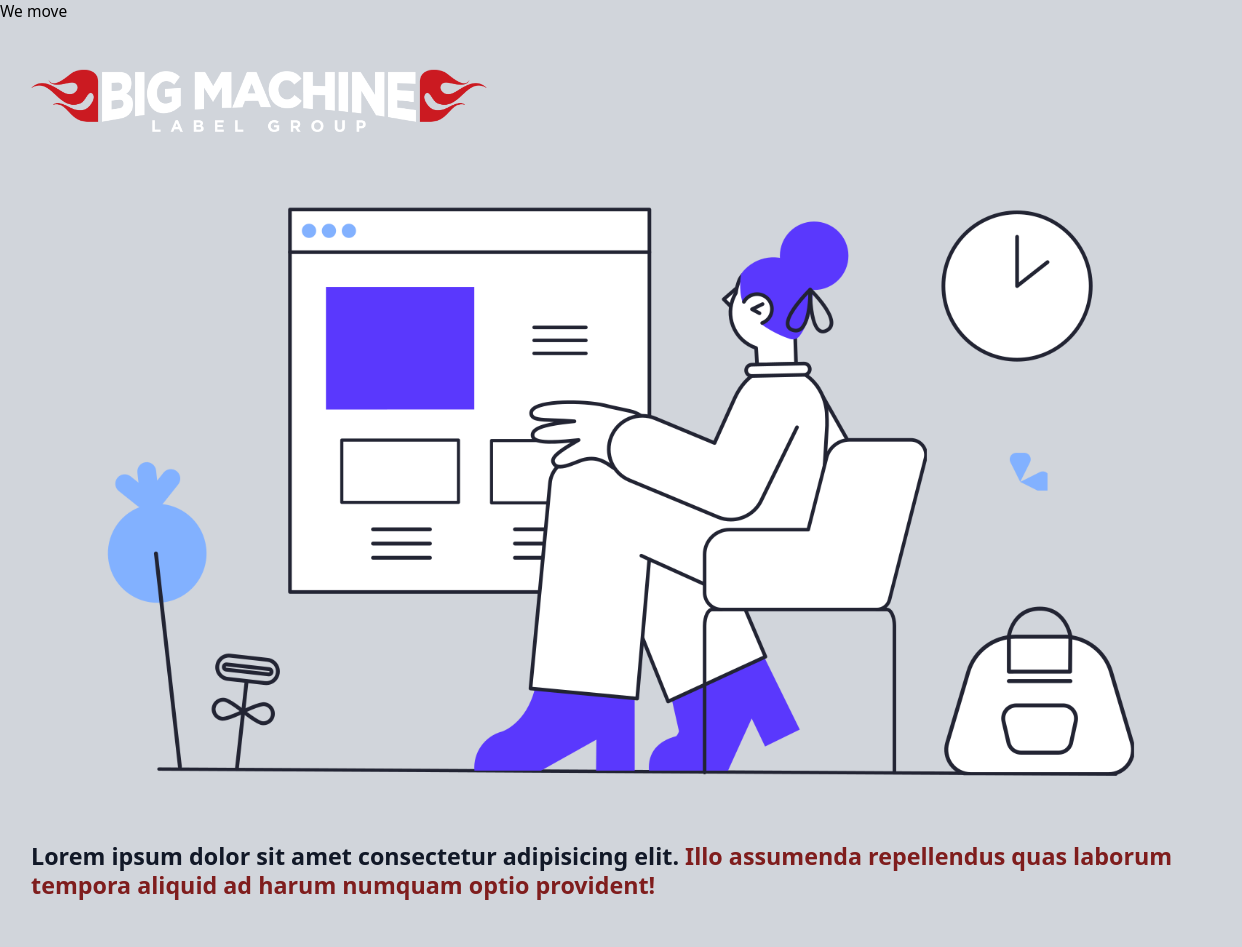
Repository: thasquirrie/fanmanagement
Page: / (app in frontend/)
These files come from the project's save history. The page is drawn as it stood at one moment and after the next save; the edit follows.
The browser window is 1280 px wide. The pictures show the whole page, at 97% of full size.
The project was rebuilt for these pictures with package versions that can differ from the ones it lists, and the page was loaded fresh each time. A package was used in the major version that the imports need, not the one package.json lists. Also part of the build but not shown: frontend/craco.config.js, frontend/src/App.css.

Above is the page before, as saved 2021-05-25 14:20:22.

### frontend/public/index.html
<!DOCTYPE html>
<html lang="en">

<head>
  <meta charset="utf-8" />
  <link rel="icon" href="%PUBLIC_URL%/favicon.ico" />
  <meta name="viewport" content="width=device-width, initial-scale=1" />
  <meta name="theme-color" content="#000000" />
  <meta name="description" content="Web site created using create-react-app" />
  <link rel="apple-touch-icon" href="%PUBLIC_URL%/logo192.png" />
  <!--
      manifest.json provides metadata used when your web app is installed on a
      user's mobile device or desktop. See https://developers.google.com/web/fundamentals/web-app-manifest/
    -->
  <link rel="manifest" href="%PUBLIC_URL%/manifest.json" />
  <!--
      Notice the use of %PUBLIC_URL% in the tags above.
      It will be replaced with the URL of the `public` folder during the build.
      Only files inside the `public` folder can be referenced from the HTML.

      Unlike "/favicon.ico" or "favicon.ico", "%PUBLIC_URL%/favicon.ico" will
      work correctly both with client-side routing and a non-root public URL.
      Learn how to configure a non-root public URL by running `npm run build`.
    -->
  <title>React App</title>
</head>

<body class='bg-gray-300'>
  <noscript>You need to enable JavaScript to run this app.</noscript>
  <div id="root">

  </div>
  <!--
      This HTML file is a template.
      If you open it directly in the browser, you will see an empty page.

      You can add webfonts, meta tags, or analytics to this file.
      The build step will place the bundled scripts into the <body> tag.

      To begin the development, run `npm start` or `yarn start`.
      To create a production bundle, use `npm run build` or `yarn build`.
    -->
</body>

</html>

### frontend/src/index.css
body {
 margin: 0;
 font-family: -apple-system, BlinkMacSystemFont, 'Segoe UI', 'Roboto', 'Oxygen',
  'Ubuntu', 'Cantarell', 'Fira Sans', 'Droid Sans', 'Helvetica Neue', sans-serif;
 -webkit-font-smoothing: antialiased;
 -moz-osx-font-smoothing: grayscale;
}

code {
 font-family: source-code-pro, Menlo, Monaco, Consolas, 'Courier New', monospace;
}

@tailwind base;
@tailwind components;
@tailwind utilities;

### frontend/src/App.js
import { Route, BrowserRouter, Switch } from 'react-router-dom';
import Header from './components/Header';
import HomeScreen from './screens/HomeScreen';
// import logo from './logo.svg';
import './App.css';

function App() {
 return (
  <BrowserRouter>
   <Header />
   <main className='container'>
    <Switch>
     <Route path='/' component={HomeScreen} />
    </Switch>
   </main>
  </BrowserRouter>
 );
}

export default App;

### frontend/src/components/Header.jsx
import React from 'react';
import { NavLink } from 'react-router-dom';

const Header = () => {
 let collapse = document.querySelector('#navbar-collapse');

 const handleClick = (e) => {
  console.log(collapse);
  collapse.classList.toggle('hidden');
  collapse.classList.toggle('flex');
 };

 return (
  <div>We move</div>
  // <nav className='bg-white py-2 md:py-4'>
  //  <div className='container px-4 mx-auto md:flex md:items-center'>
  //   <div className='flex justify-between items-center'>
  //    <NavLink to='/' className='font-bold text-xl text-indigo-600'>
  //     FWR
  //    </NavLink>
  //    <button
  //     className='border border-solid border-gray-600 px-3 py-1 rounded text-gray-600 opacity-50 hover:opacity-75 md:hidden'
  //     id='navbar-toggle'
  //     onClick={handleClick}
  //    >
  //     <i className='fas fa-bars'></i>
  //    </button>
  //   </div>

  //   <div
  //    className='md:flex flex-col md:flex-row md:ml-auto mt-3 md:mt-0  hidden'
  //    id='navbar-collapse'
  //   >
  //    <NavLink
  //     to='/'
  //     className='p-2 lg:px-4 md:mx-2 text-white rounded active:bg-indigo-600'
  //    >
  //     Home
  //    </NavLink>
  //    <NavLink
  //     to='#'
  //     className='p-2 lg:px-4 md:mx-2 text-gray-600 rounded hover:bg-gray-200 hover:text-gray-700 transition-colors duration-300 active:bg-indigo-600'
  //    >
  //     About
  //    </NavLink>
  //    <NavLink
  //     to='#'
  //     className='p-2 lg:px-4 md:mx-2 text-gray-600 rounded hover:bg-gray-200 hover:text-gray-700 transition-colors duration-300'
  //    >
  //     Features
  //    </NavLink>
  //    <NavLink
  //     to='#'
  //     className='p-2 lg:px-4 md:mx-2 text-gray-600 rounded hover:bg-gray-200 hover:text-gray-700 transition-colors duration-300'
  //    >
  //     Pricing
  //    </NavLink>
  //    <NavLink
  //     to='#'
  //     className='p-2 lg:px-4 md:mx-2 text-gray-600 rounded hover:bg-gray-200 hover:text-gray-700 transition-colors duration-300'
  //    >
  //     Contact
  //    </NavLink>
  //    <NavLink
  //     to='#'
  //     className='p-2 lg:px-4 md:mx-2 text-indigo-600 text-center border border-transparent rounded hover:bg-indigo-100 hover:text-indigo-700 transition-colors duration-300'
  //    >
  //     Login
  //    </NavLink>
  //    <NavLink
  //     to='#'
  //     className='p-2 lg:px-4 md:mx-2 text-indigo-600 text-center border border-solid border-indigo-600 rounded hover:bg-indigo-600 hover:text-white transition-colors duration-300 mt-1 md:mt-0 md:ml-1'
  //    >
  //     Signup
  //    </NavLink>
  //   </div>
  //  </div>
  // </nav>
 );
};

export default Header;

### frontend/src/screens/HomeScreen.jsx
import React from 'react';

const HomeScreen = () => {
 return (
  <>
   <div className='px-8 py-12'>
    <img className='lg:h-16' src='/img/pngegg.png' alt='Big Machine' />
    <img
     className='mt-6 rounded-lg'
     src='/img/pablita-522.png'
     alt='Woman organizing shadow-xl'
    />
    <h1 className='mt-6 text-2xl font-bold text-gray-900 leading-tight'>
     Lorem ipsum dolor sit amet consectetur adipisicing elit.{' '}
     <span className='text-red-900'>
      Illo assumenda repellendus quas laborum tempora aliquid ad harum numquam
      optio provident!
     </span>
    </h1>
   </div>
  </>
 );
};

export default HomeScreen;

Loaded but not shown: frontend/src/index.js (common file); frontend/src/reportWebVitals.js (common file); frontend/tailwind.config.js (common file)

After the next save:
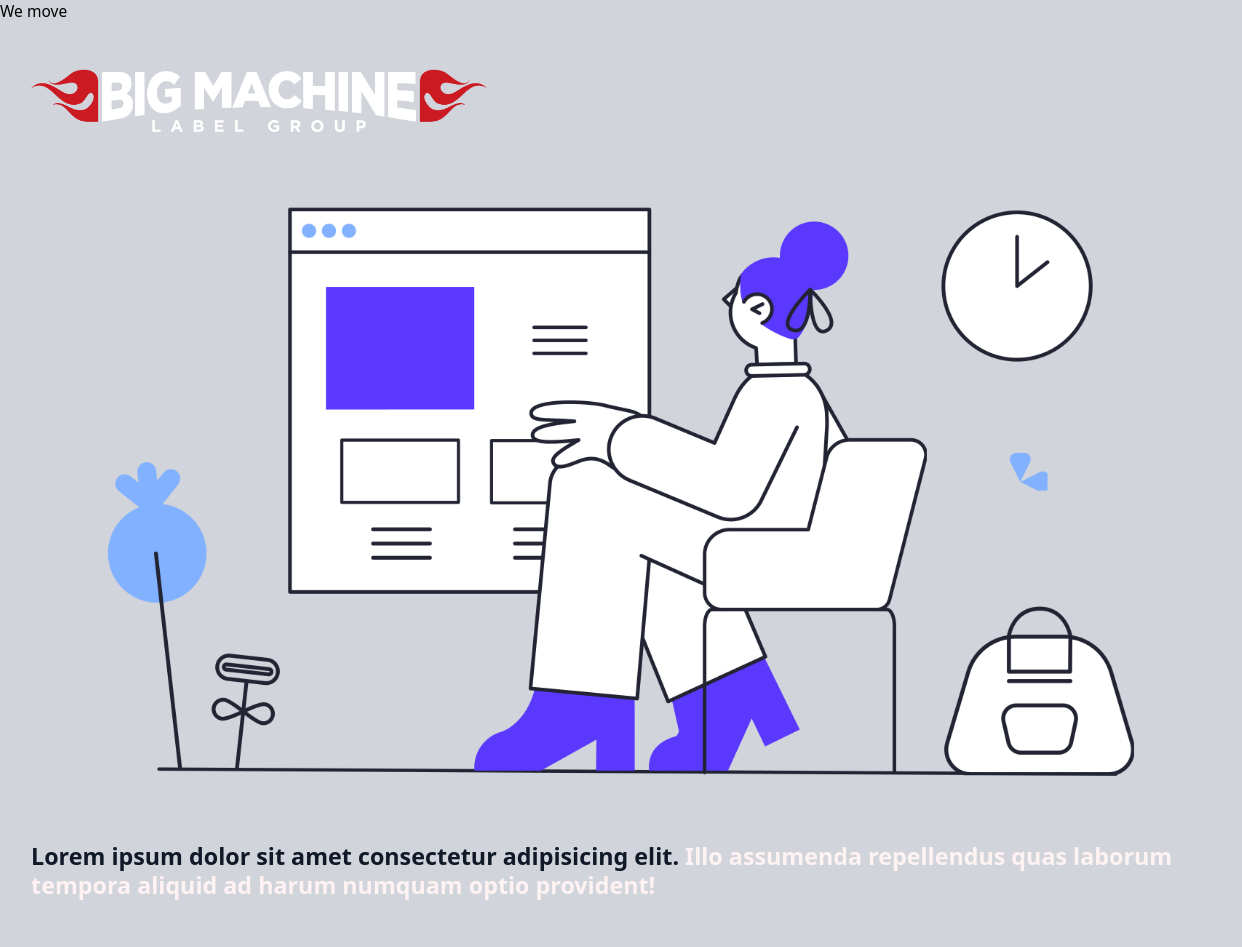
Saved 9 s later.
--- a/frontend/src/screens/HomeScreen.jsx
+++ b/frontend/src/screens/HomeScreen.jsx
@@ -12,7 +12,7 @@
     />
     <h1 className='mt-6 text-2xl font-bold text-gray-900 leading-tight'>
      Lorem ipsum dolor sit amet consectetur adipisicing elit.{' '}
-     <span className='text-red-900'>
+     <span className='text-red-50'>
       Illo assumenda repellendus quas laborum tempora aliquid ad harum numquam
       optio provident!
      </span>
